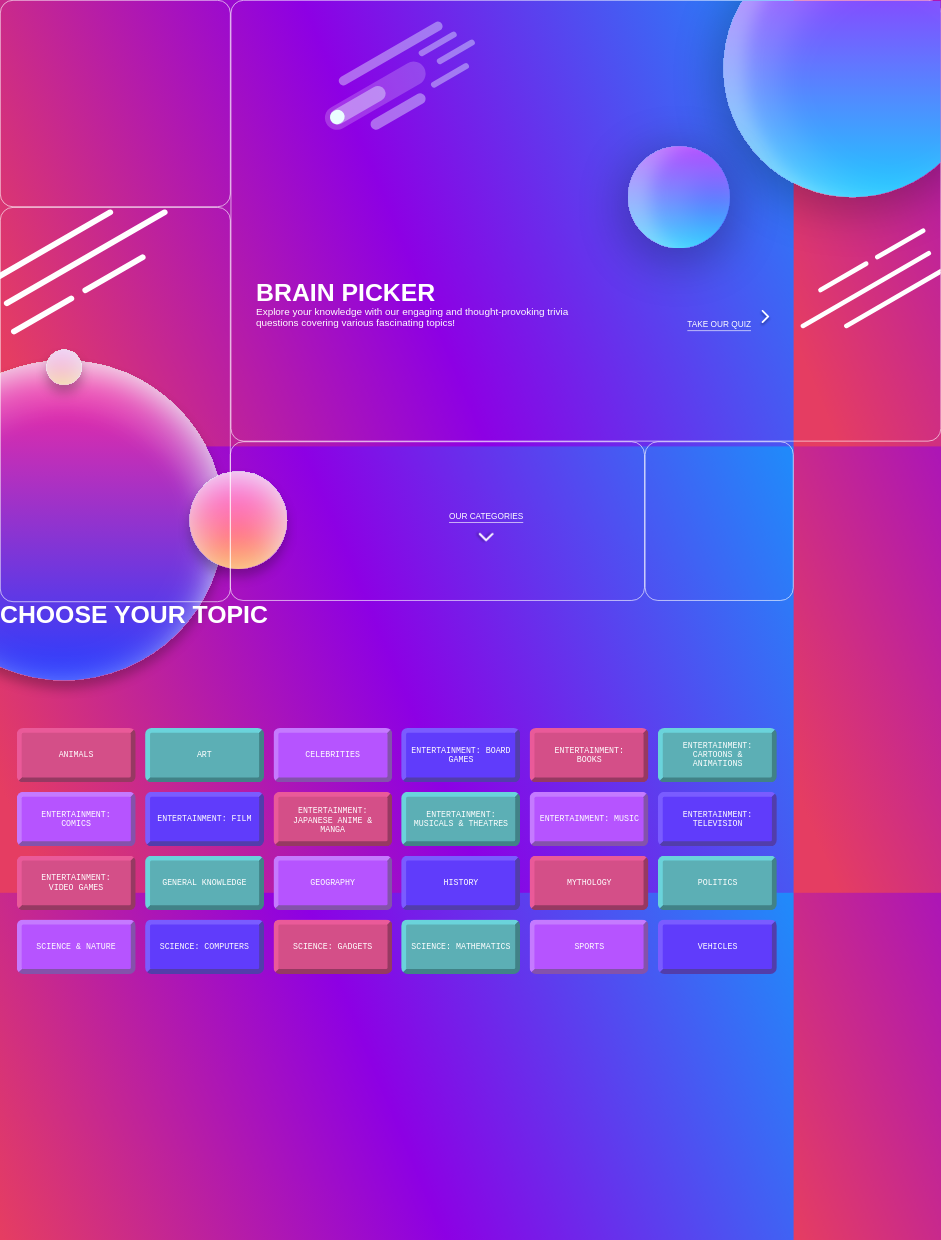
Repository: pjiang604/COMP-2170_Final-Project
Page: index.html
An editor plug-in stored every save of this project. The page is shown before and after the next save, followed by the edit.
The browser window is 1280 px wide. The page is 1518 px wide, so the pictures cover 1518 px, including what lies to the right of the window. The pictures show the whole page, at 62% of full size.
Backgrounds fixed to the window are drawn as part of the page.

Above is the page before, as saved 2023-04-30 13:28:34.

### index.html
<!DOCTYPE html>
<html lang="en">
  <head>
    <meta charset="UTF-8">
    <meta http-equiv="X-UA-Compatible" content="IE=edge">
    <meta name="viewport" content="width=device-width, initial-scale=1.0">
    <link rel="stylesheet" href="style.css">
    <title> Brain Picker </title>
    <script src="/easy.js"></script>
    <script src="/medium.js"></script>
    <script src="/hard.js"></script>
  </head>
  <body>
    <div class="container">
      <div class="graphic__left">
        <img class="bottom__left_sphere" src="/Assets/bg_graphics/bottom_left_sphere_group.svg" alt="">
        <img class="left__shooting_star" src="/Assets/bg_graphics/shooting_star_left.svg" alt="">
      </div>
      <div class="left__containers">
        <div class="left__container_top"></div>
        <div class="left__container_bottom"></div>
      </div>
      <div class="quiz__container">
        <div class="left__content">
          <h1> BRAIN PICKER </h1>
          <p> Explore your knowledge with our engaging and thought-provoking trivia questions covering various fascinating topics! </p>
        </div>
        <div class="right__content">
          <div class="graphics">
            <img class="shooting__star_top" src="/Assets/bg_graphics/shooting_star_alt.svg" alt="">
            <img class="top__right_sphere" src="/Assets/bg_graphics/top_right_sphere_group.svg" alt="">
            <img class="star__right" src="/Assets/bg_graphics/shooting_star_right.svg" alt="">
          </div>
          <div class="quiz__button">
            <a href="#">
              <button class="take__quiz_button"> TAKE OUR QUIZ </button>
              <img class="quiz__arrow" src="/Assets/buttons/arrow-head.svg" alt="">
            </a>
          </div>
        </div>
      </div>
    </div>
    <div class="bottom__containers">
      <div class="bottom__container_left">
        <a href="#">
          <button class="categories__button"> OUR CATEGORIES </button>
        </a>
        <img class="categories__arrow" src="/Assets/buttons/arrow-head.svg" alt="" width="30px">
      </div>
      <div class="bottom__container_right"></div>
    </div>

    <div class="categories__section">
      <h1 class="topics_header">CHOOSE YOUR TOPIC</h1>

      <div class="categories_container">
        <button class='topic_button1' id="animals">animals</button>
        <button class='topic_button2' id="art">art</button>
        <button class='topic_button3' id="celebrities">celebrities</button>
        <button class='topic_button4' id="board_games">entertainment: board games</button>
        <button class='topic_button1' id="books">entertainment: books</button>
        <button class='topic_button2' id="cartoons_animations">entertainment: cartoons & animations</button>
        <button class='topic_button3' id="comics">entertainment: comics</button>
        <button class='topic_button4' id="film">entertainment: film</button>
        <button class='topic_button1' id="japanese_anime">entertainment: japanese anime & manga</button>
        <button class='topic_button2' id="musicals_theatre">entertainment: musicals & theatres</button>
        <button class='topic_button3' id="music">entertainment: music</button>
        <button class='topic_button4' id="television">entertainment: television</button>
        <button class='topic_button1' id="video_games">entertainment: video games</button>
        <button class='topic_button2' id="general_knwoledge">general knowledge</button>
        <button class='topic_button3' id="geography">geography</button>
        <button class='topic_button4' id="history">history</button>
        <button class='topic_button1' id="mythology">mythology</button>
        <button class='topic_button2' id="politics">politics</button>
        <button class='topic_button3' id="science_nature">science & nature</button>
        <button class='topic_button4' id="computers">science: computers</button>
        <button class='topic_button1' id="gadgets">science: gadgets </button>
        <button class='topic_button2' id="mathematics">science: mathematics</button>
        <button class='topic_button3' id="sports">sports</button>
        <button class='topic_button4' id="vehicles">vehicles</button>
      </div>
    </div>

  </body>
</html>

### style.css
:root {
	--primary-font: Arial, Helvetica, sans-serif;
	--secondary-font: 'Courier New', Courier, monospace;
	--font-weight-general: normal;
	--font-weight-light: 100;
	--font-weight-bold: bold;
	--font-size-body: 12pt;
	--font-size-heading: 30pt;
	--font-size-sub-heading: 22pt;

	--white: #fff;
	--black: #000000;
	--crimson: #d44f88;
	--crimson-2:#ea5a99;
	--teal:#5CAFB5;
	--teal-2:#6ad3db;
	--indigo:#603CFB;
	--indigo-2:#7a5cff;
	--purple: #B654FF;
	--purple-2:#c57aff;
}

h1 {
	font-size: var(--font-size-heading);
	font-weight: var(--font-weight-bold);
	font-family: var(--primary-font);
}

h2 {
	font-size: var(--font-size-sub-heading);
	font-weight: var(--font-weight-bold);
	font-family: var(--primary-font);
}

p {
	font-size: var(--font-size-body);
	font-weight: var(--font-weight-general);
	font-family: var(--primary-font);
}

* {
	margin: 0;
}

body {
	/* Linear gradient bg */
	background: linear-gradient(247.38deg, #2189FA 0.96%, #8D00E4 50.19%, #E53D62 95.42%);
	min-height: 2000px;
	background-attachment: fixed;
	background-position: center;
	background-repeat: no-repeat;
	background-size: cover;
	max-width: 100%;
}

/**Main container**/
.container {
	display: flex;
}

.bottom__left_sphere {
	position: absolute;
	width: 30rem;
	top: 35rem;
	z-index: -1;
}

.left__shooting_star {
	width: 17rem;
	position: absolute;
	top: 21rem;
}

/**Left containers**/
.left__container_top {
	box-sizing: border-box;
	display: flex;
	width: 372px;
	height: 334px;
	border: 0.25px solid #FFFFFF;
	border-radius: 21px;
}

.left__container_bottom {
	box-sizing: border-box;
	display: flex;
	width: 372px;
	height: 637px;
	border: 0.25px solid #FFFFFF;
	border-radius: 21px;
}

/**Bottom containers**/
.bottom__containers {
	display: flex;
	margin-top: -16.2rem;
	/* justify-content: end; */
	padding-left: 23.2rem;
}

.bottom__container_left {
	box-sizing: border-box;
	display: flex;
	width: 52.8rem;
	height: 257px;
	border: 0.25px solid #FFFFFF;
	border-radius: 21px;
}

.bottom__container_right {
	box-sizing: border-box;
	display: flex;
	width: 303px;
	height: 257px;
	border: 0.25px solid #FFFFFF;
	border-radius: 21px;
}

/**Quiz Section**/
.quiz__container {
	box-sizing: border-box;
	display: flex;
	width: 71.6rem;
	height: 44.5rem;
	border: 0.15px solid #FFFFFF;
	border-radius: 21px;
}

.shooting__star_top {
	position: absolute;
	right: 32rem;
	top: 2rem;
}

.top__right_sphere {
	display: flex;
	justify-content: end;
}

.star__right {
	display: flex;
	position: relative;
	float: right;
	bottom: 8rem;
}

.left__content {
	color: var(--white);
	width: 40rem;
	padding-left: 2.5rem;
	padding-top: 28rem;
}

.take__quiz_button {
	border: none;
	text-decoration: underline;
	text-underline-offset: 5px;
	color: var(--white);
	background: none;
	padding-left: 11rem;
	cursor: pointer;
}

.quiz__button>a {
	text-decoration: none;
}


.categories__button {
	border: none;
	text-decoration: underline;
	text-underline-offset: 5px;
	color: var(--white);
	background: none;
	padding-left: 22rem;
	padding-top: 7rem;
	cursor: pointer;
}

.categories__arrow {
	rotate: 90deg;
	margin-top: 2.5rem;
	position: absolute;
	left: 48rem;
	top: 50.5rem;
}

.bottom__container_left>a {
	text-decoration: none;
}


/** Topics Section **/
.topics_header{
	color: var(--white);
}

.categories_container{
	font-family: var(--secondary-font);
	display: grid;
	grid-template-columns: 12rem 12rem 12rem 12rem 12rem 12rem;
	gap: .935rem;
	align-items: center;
	justify-content: center;
	padding-top: 10rem;
}

.topic_button1{
	font-family: var(--secondary-font);
	border-width: .5rem;
	height: 5.5rem;
    color: var(--white);
    border-radius: 0.656rem;
    background-color: var(--crimson);
    border-color: var(--crimson-2);
	padding: 1rem;
	text-transform: uppercase;

}

.topic_button2{
	font-family: var(--secondary-font);
	background-color: var(--teal);
	height: 5.5rem;
	color: var(--white);
	border-radius: 0.656rem;
	border-color: var(--teal-2);
	border-width: .5rem;
	text-transform: uppercase;
}
.topic_button3{
	font-family: var(--secondary-font);
	background-color:var(--purple);
	height: 5.5rem;
	color: var(--white);
	border-radius: 0.656rem;
	border-color:var(--purple-2);
	border-width: .5rem;
	text-transform: uppercase;
}
.topic_button4{
	font-family: var(--secondary-font);
	background-color:var(--indigo);
	height: 5.5rem;
	color: var(--white);
	border-radius: 0.656rem;
	border-color: var(--indigo-2);
	border-width: .5rem;
	text-transform: uppercase;
}

Loaded but not shown: easy.js (no stored copy; drawn as an empty file); medium.js (no stored copy; drawn as an empty file); hard.js (no stored copy; drawn as an empty file)

After the next save:
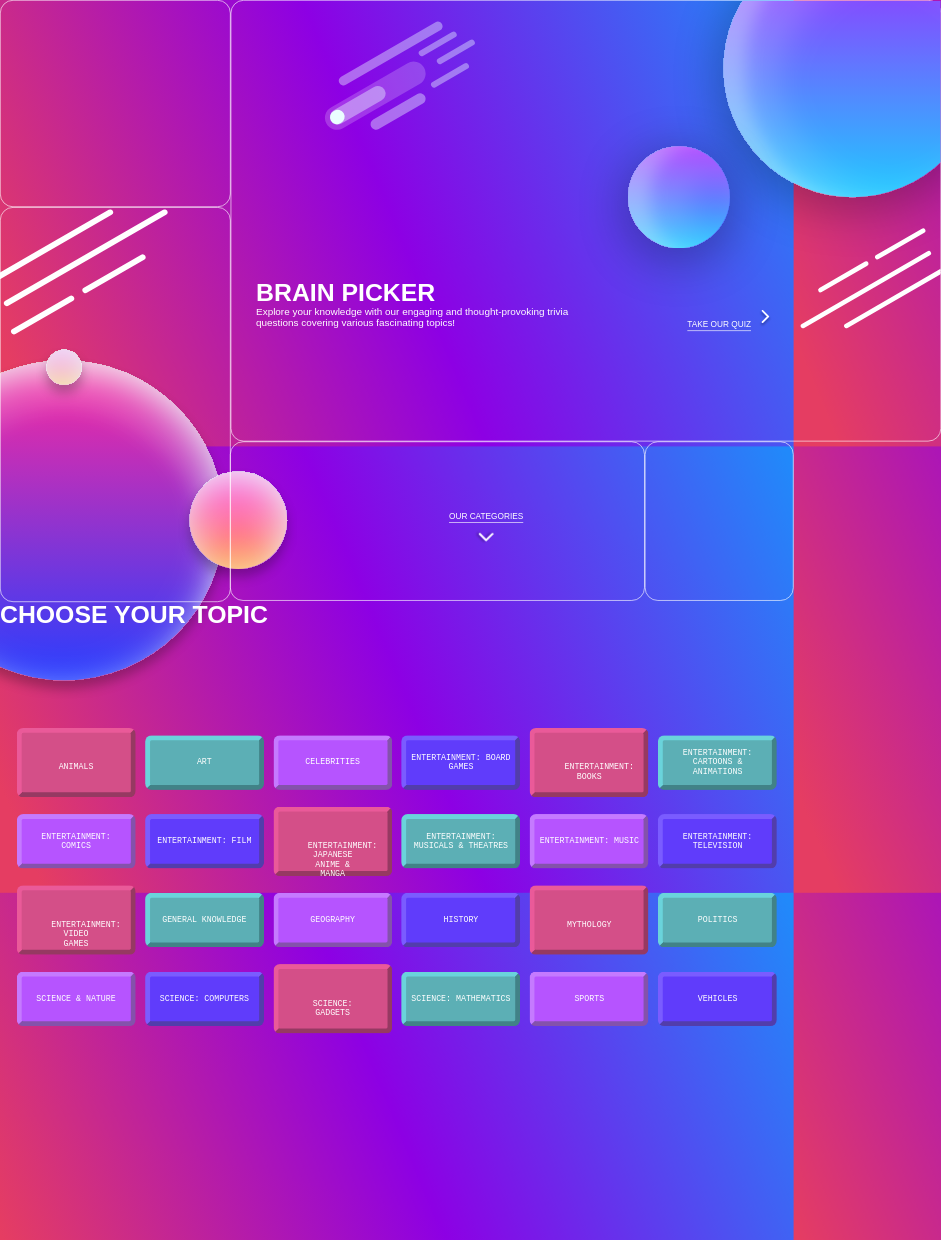
Saved 22 s later.
--- a/style.css
+++ b/style.css
@@ -213,7 +213,7 @@
     border-radius: 0.656rem;
     background-color: var(--crimson);
     border-color: var(--crimson-2);
-	padding: 1rem;
+	padding: 3rem;
 	text-transform: uppercase;
 
 }

After the save that followed:
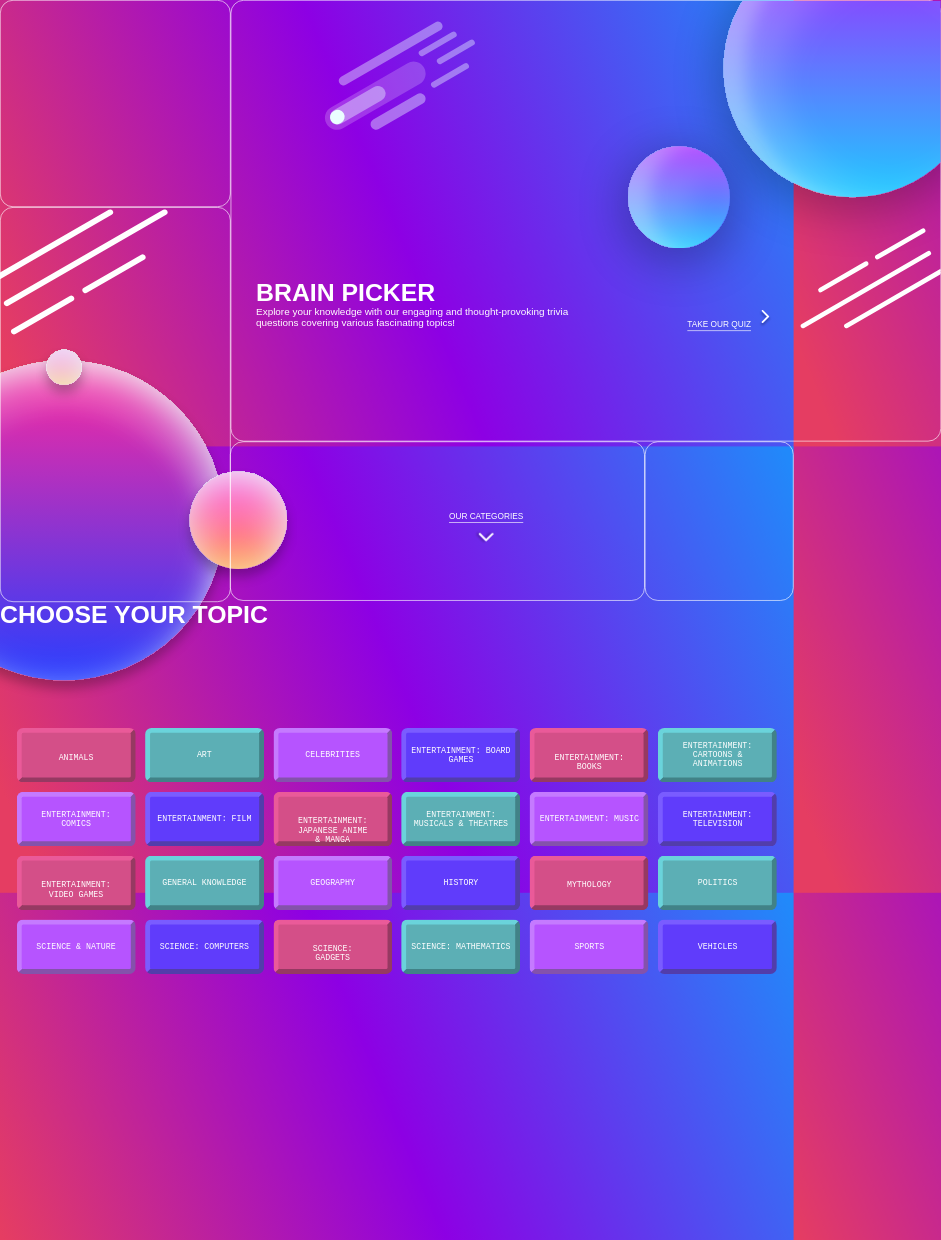
Saved 8 s later.
--- a/style.css
+++ b/style.css
@@ -213,7 +213,7 @@
     border-radius: 0.656rem;
     background-color: var(--crimson);
     border-color: var(--crimson-2);
-	padding: 3rem;
+	padding: 2rem;
 	text-transform: uppercase;
 
 }
